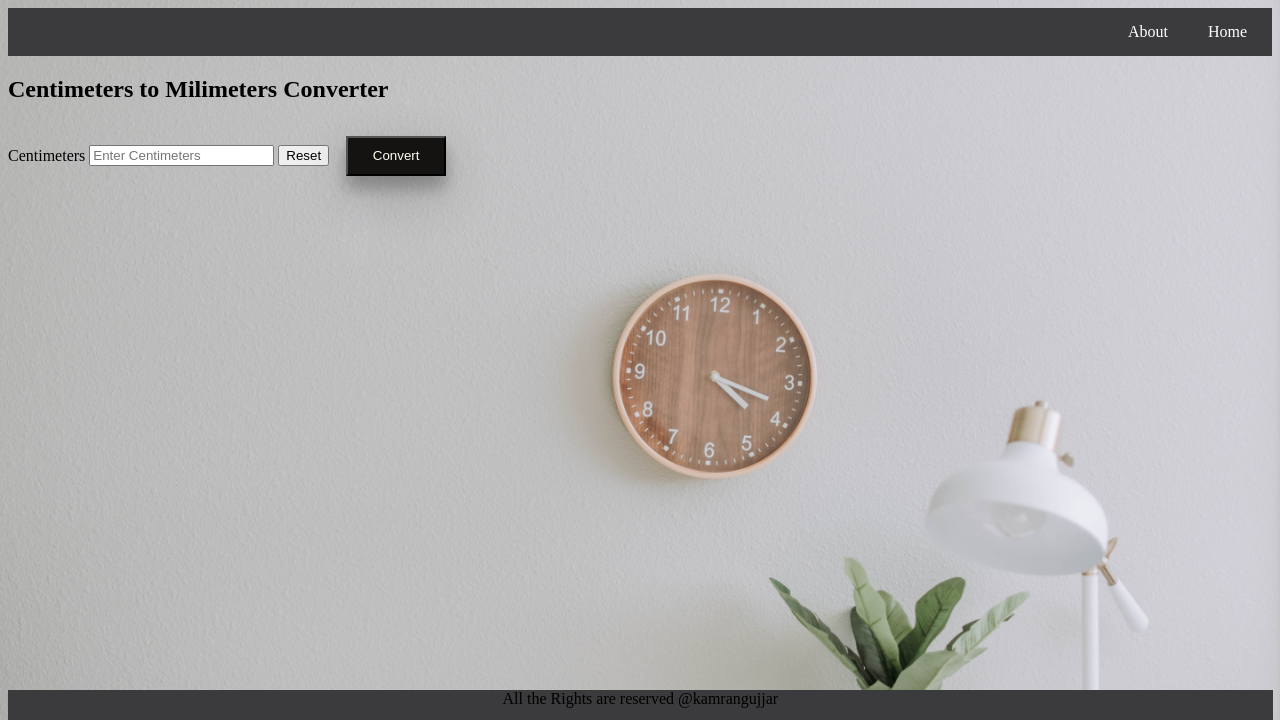
Repository: Kamrangujjar85112/Length-Converter
Page: html/cm_mm.html
These files come from the project's save history. The page is drawn as it stood at one moment and after the next save; the edit follows.
The browser window is 1280 px wide. The pictures show the whole page.

Above is the page before, as saved 2022-01-21 06:58:07.

After the next save:
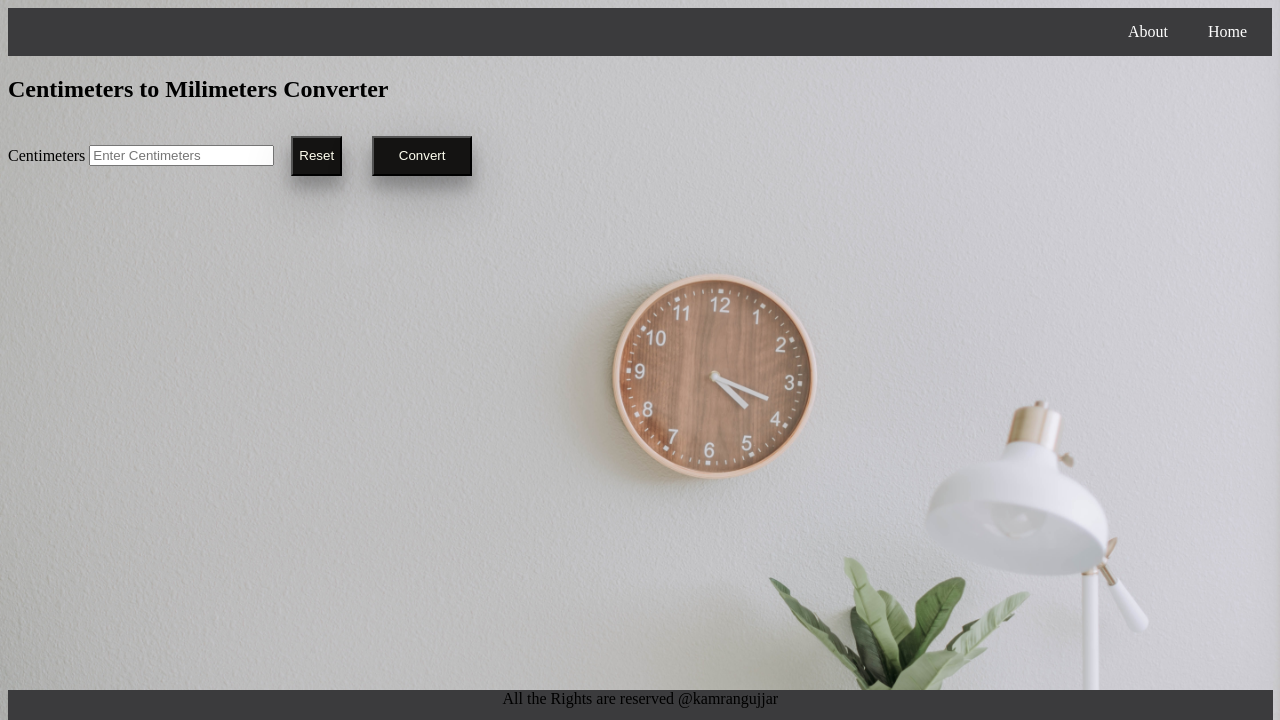
Saved 48 s later.
--- a/css/style.css
+++ b/css/style.css
@@ -59,4 +59,16 @@ button{
 }
 #convert{
     width: 100px;
+    height:40px;
+    color: ivory;
+    background-color: #141312;
+    margin:13px;
+    box-shadow: 0 12px 16px 0 rgba(0,0,0,0.24), 0 17px 50px 0 rgba(0,0,0,0.19);
 }
+#reset{
+    height:40px;
+    color: ivory;
+    background-color: #141312;
+    margin:13px;
+    box-shadow: 0 12px 16px 0 rgba(0,0,0,0.24), 0 17px 50px 0 rgba(0,0,0,0.19);
+}
